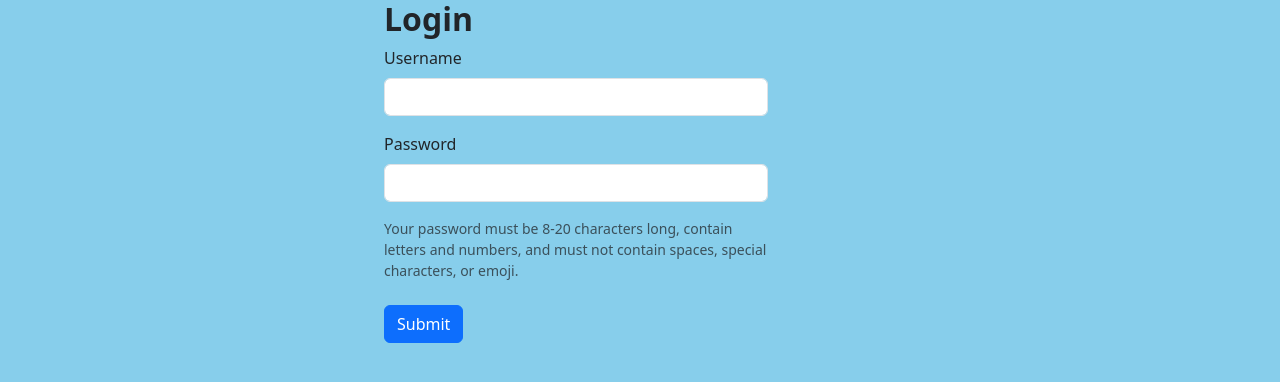
Repository: sarathraj2002/todo-list
Page: login.html
These files come from the project's save history. The page is drawn as it stood at one moment and after a run of saves; the edit follows.
The browser window is 1280 px wide. The pictures show the whole page.

Above is the page before, as saved 2024-09-05 11:10:31.

### login.html
<!DOCTYPE html>
<html lang="en">
<head>
    <meta charset="UTF-8">
    <meta name="viewport" content="width=device-width, initial-scale=1.0">
    <title>login</title>
    <link rel="stylesheet" href="bootstrap.min.css">
    <link rel="stylesheet" href="style.css">
</head>
<body>

    <form class="form">
        <h2><b>Login</b></h2>
        <div class="mb-3">
          <label for="exampleInputUsername1" class="form-label">Username</label>
          <input type="test" class="form-control" id="username" >

        </div>
        <div class="mb-3 ">
          <label for="exampleInputPassword1" class="form-label">Password</label>
          <input type="password" class="form-control" id="password">
        </div>
        <div id="passwordHelpBlock" class="form-text">
            Your password must be 8-20 characters long, contain letters and numbers, and must not contain spaces, special characters, or emoji.
          </div>
          <br>

        <button type="submit" class="btn btn-primary">Submit</button>
      </form>

    <script src="script.js"></script>
</body>
</html>

### style.css
body{
    background-color: skyblue;
    background-size: cover;
}
.container{
    height: 100px;
    padding-top: 10%;

}
.form{
    height: 100%;
    width: 60%;
    border-color:black;
    padding-left: 30%;
    border-radius: 10%;
    background-color: ;
}

Loaded but not shown: bootstrap.min.css (library); script.js (no stored copy; drawn as an empty file)

After the next 2 saves:
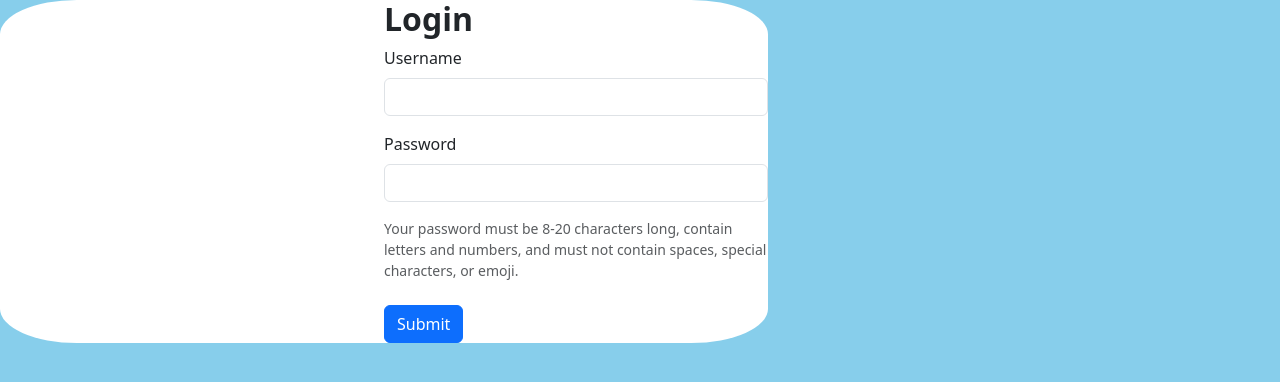
The 2 saves are shown as one change because they came seconds apart.
The last was saved 12 s later.
--- a/style.css
+++ b/style.css
@@ -13,5 +13,5 @@ body{
     border-color:black;
     padding-left: 30%;
     border-radius: 10%;
-    background-color: ;
+    background-color: white;
 }
